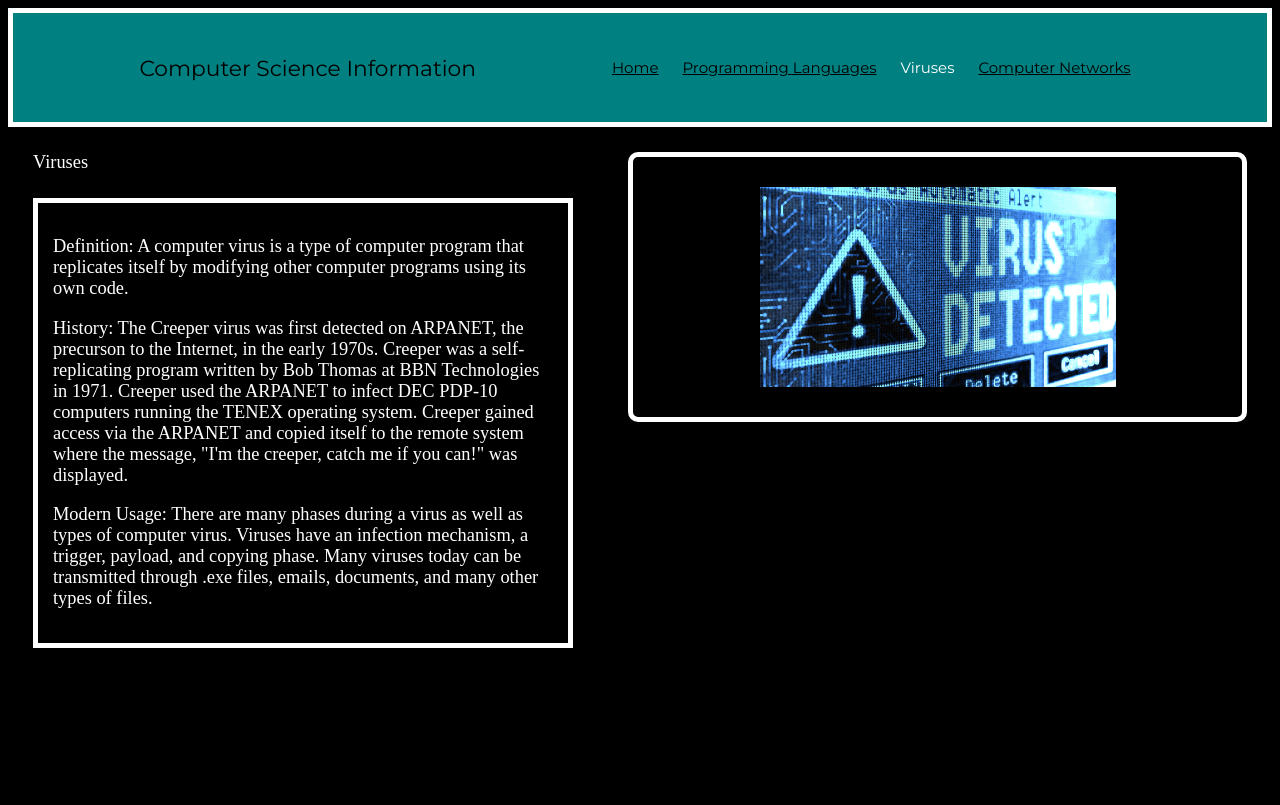
Repository: ElijahHallera/336-Internet-Prog
Page: cst336_spring2020-master/cst336_spring2020-master/HalleraAssignment1/environment/Viruses.html
The author's editor kept a record of every edit. The page is drawn from the files as they stood at one moment, then again after the next edit.
The browser window is 1280 px wide. The pictures show the whole page.

Above is the page before.

### cst336_spring2020-master/cst336_spring2020-master/HalleraAssignment1/environment/Viruses.html
<!DOCTYPE html>
<html>
    <head>
        <meta charset = "utf-8" />
        <title> Computer Science Information </title>
        <link href="css/design.css" rel="stylesheet" type"text/css" />
        <link href="https://fonts.googleapis.com/css?family=Montserrat:400,500&display=swap" rel="stylesheet">
    </head>

    <body>
        <header>
            <name1> Computer Science Information </name1>
            <nav>
                <ul>
                    <li> <a href = "Home.html" > Home </a> </li>
                    <li> <a href = "ProgLang.html"> Programming Languages </a> </li>
                    <li> <a href = "Viruses.html" id = "currentPage"> Viruses </a> </li>
                    <li> <a href = "CompNet.html"> Computer Networks </a> </li>
                </ul>
            </nav>
        </header>

    <figure class = flex-container>
        <img src = "images/VIRUSPHOTO.png" alt = "virus photo" id = "homePhotos">
    </figure>

    <main>
    <p id = "PLhead">Viruses</p2>
    </main>

    <main id = "PLmain">
        <p>Definition: A computer virus is a type of computer program that replicates itself by modifying other computer programs using its own code.</p>
        <p>History: The Creeper virus was first detected on ARPANET, the precurson to the Internet, in the early 1970s.
        Creeper was a  self-replicating program written by Bob Thomas at BBN Technologies in 1971.
        Creeper used the ARPANET to infect DEC PDP-10 computers running the TENEX operating system.
        Creeper gained access via the ARPANET and copied itself to the remote system where the message, "I'm the creeper, catch me if you can!" was displayed.</p>
        <p>Modern Usage: There are many phases during a virus as well as types of computer virus.
        Viruses have an infection mechanism, a trigger, payload, and copying phase.
        Many viruses today can be transmitted through .exe files, emails, documents, and many other types of files.</p>
    </main>

    <main>
        <p><a href = "https://en.wikipedia.org/wiki/Computer_virus#Operations_and_functions" id = "sourceText"> Source: https://en.wikipedia.org/wiki/Computer_virus#Operations_and_functions </a></p>
    </main>

    </br>
    </br>

     <footer>
        <font size = "3.5">
        CST 336. 2020&copy; Hallera <br />
        <strong>Disclaimer:</strong> This
        It is used for academic purposes only. <br />
        </font>
        <br />

    </footer>

    </body>

</html>

### cst336_spring2020-master/cst336_spring2020-master/HalleraAssignment1/environment/css/design.css
body {
    background-color: black;
}

header {
    position: sticky; /* used new feature we learned in class which is position */
    top: 0;
    background-color: teal;
    font-family: "Montserrat", sans-serif;
    font-size: 15px;
    display: flex;
    justify-content: space-between;
    align-items: center;
    padding: 30px 10%;
    border: 5px solid white;
}

main {
    color: white;
    text-align: left;
}

name1 {
    font-size: 1.45em;
}

nav li:hover{ /*pseudo class*/
    font-size: 1.10em;
    transition: .9s; /* transition effect */
}

li {
    list-style: none; /*gets rid of bullet points*/
    display: inline-block; /* allows me to get horizontal tabs */
    padding-left: 10px;
    padding-right: 10px;
}

a { /* links within "nav" container */
    font-size: 1em;
    color: black; /* by default, links are blue */
    border-radius: 15px;
    justify-content: space-between;
}

#currentPage {
    font-size: 1em;
    text-decoration: none; /* removes underline */
    color: white; /* by default, links are blue */
}

#welcomeText{
    color: white;
    font-size: 25px;
    text-align: center;
    bottom: 10px;
}

#boxModel {
  width: 1185px;
  length: 600px;
  border: 5px solid white;
  padding: 25px;
  margin: 0px; /* I want my box aligned with welcomeText and NavBar */
  text-align: center;
  font-size: 1.15em;
}

ol, li2 {
    display: block;
    padding: 10px;
}

.flex-container{
  display: flex;
  float: right;
  justify-content: space-between;
  padding: 30px 10%;
  border: 5px solid white;
  border-radius: 10px;
  margin: 25px;
}

#testingIMG{
    position: relative;
    top: 0px;
    right: 0px;
}

#PLmain{
  width: 500px;
  length: 500px;
  border: 5px solid white;
  padding: 15px;
  margin: 25px; /* I want my box aligned with welcomeText and NavBar */
  text-align: left;
  font-size: 1.15em;
}

#PLhead{
  font-size: 1.15em;
  margin: 25px;
}

After the next edit:
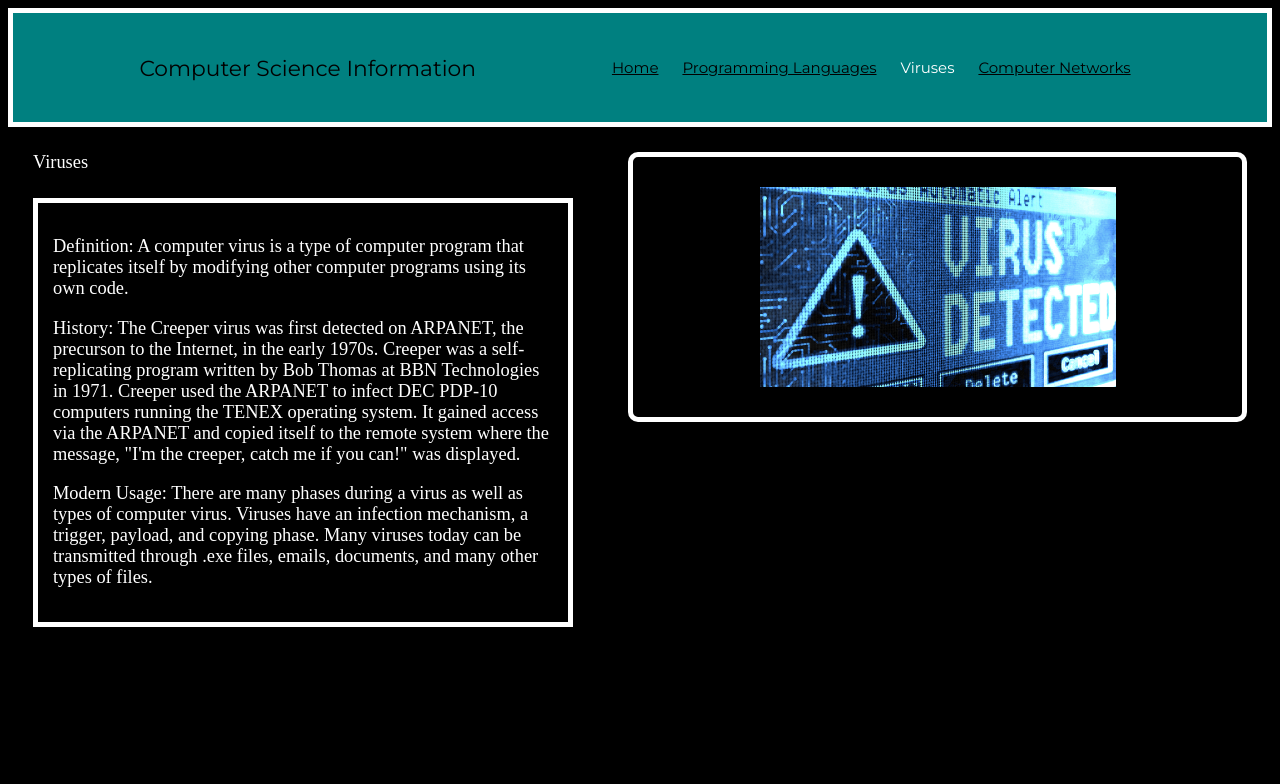
The edit:
--- a/cst336_spring2020-master/cst336_spring2020-master/HalleraAssignment1/environment/Viruses.html
+++ b/cst336_spring2020-master/cst336_spring2020-master/HalleraAssignment1/environment/Viruses.html
@@ -33,7 +33,7 @@
         <p>History: The Creeper virus was first detected on ARPANET, the precurson to the Internet, in the early 1970s.
         Creeper was a  self-replicating program written by Bob Thomas at BBN Technologies in 1971.
         Creeper used the ARPANET to infect DEC PDP-10 computers running the TENEX operating system.
-        Creeper gained access via the ARPANET and copied itself to the remote system where the message, "I'm the creeper, catch me if you can!" was displayed.</p>
+        It gained access via the ARPANET and copied itself to the remote system where the message, "I'm the creeper, catch me if you can!" was displayed.</p>
         <p>Modern Usage: There are many phases during a virus as well as types of computer virus.
         Viruses have an infection mechanism, a trigger, payload, and copying phase.
         Many viruses today can be transmitted through .exe files, emails, documents, and many other types of files.</p>
